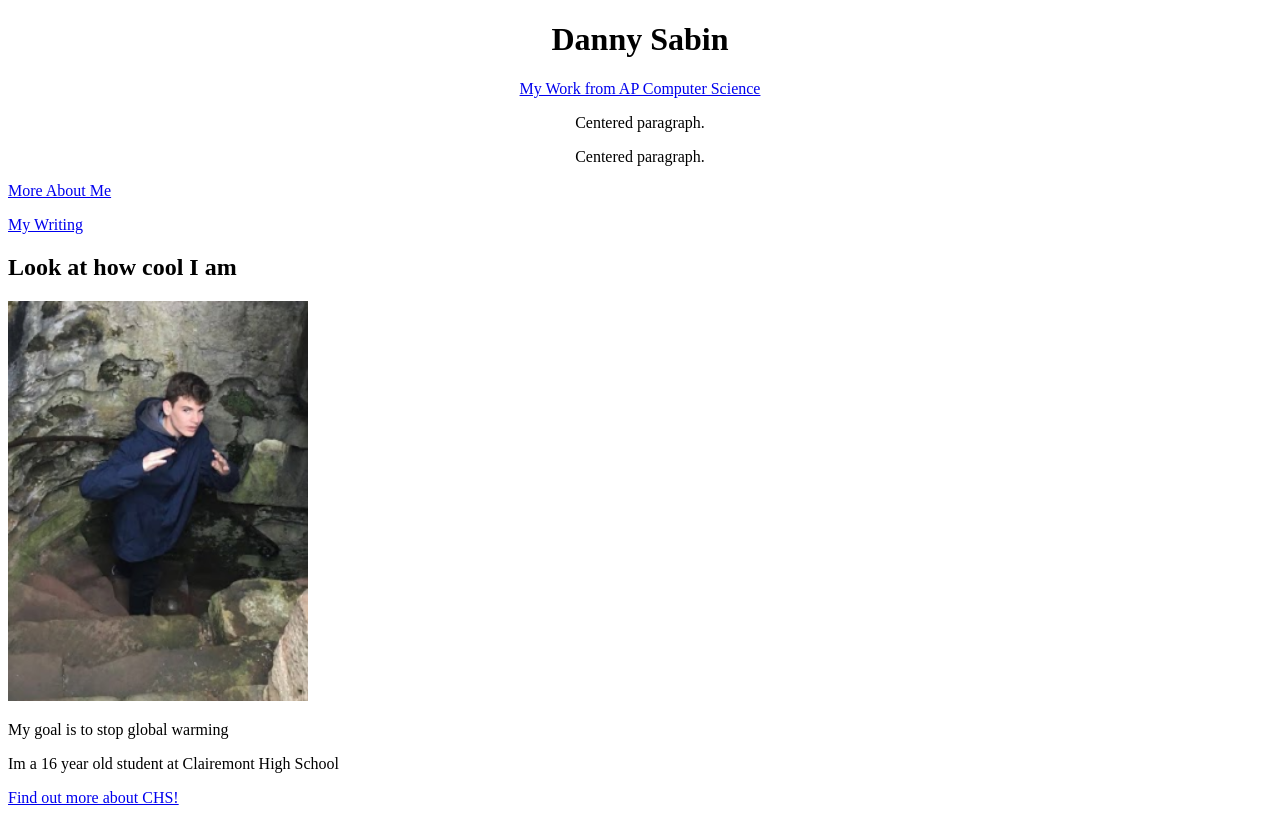
Repository: Danny3212/Danny3212.github.io
Page: index.html
The author's editor kept a record of every edit. The page is drawn from the files as they stood at one moment, then again after the next edit.
The browser window is 1280 px wide. The pictures show the whole page.

Above is the page before.

After the next edit:
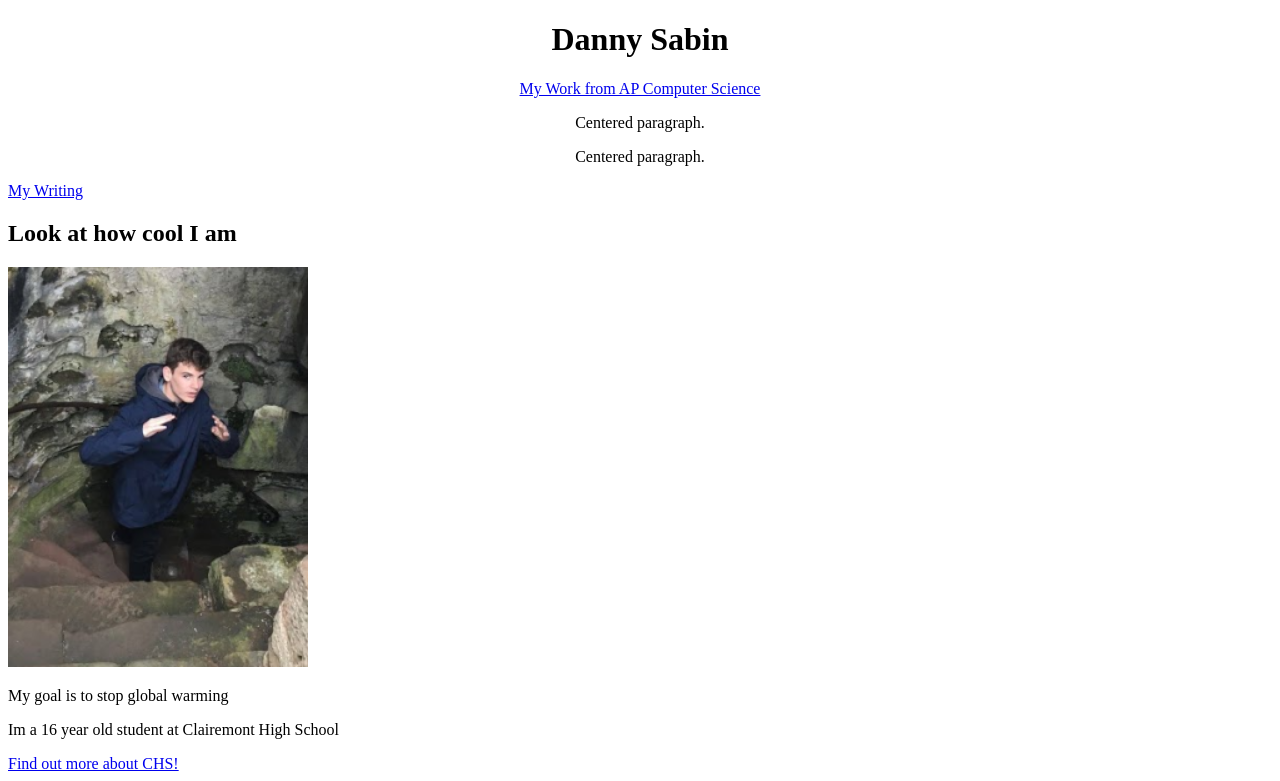
The edit:
--- a/index.html
+++ b/index.html
@@ -6,7 +6,7 @@
 <p style="text-align:center;">Centered paragraph.</p>
 <p style="text-align:center;">Centered paragraph.</p>
 <p></p>
-<p><a href="danny.html">More About Me</a></p>
+<p></p>
 <p><a href="writing.html">My Writing</a></p>
 
 
